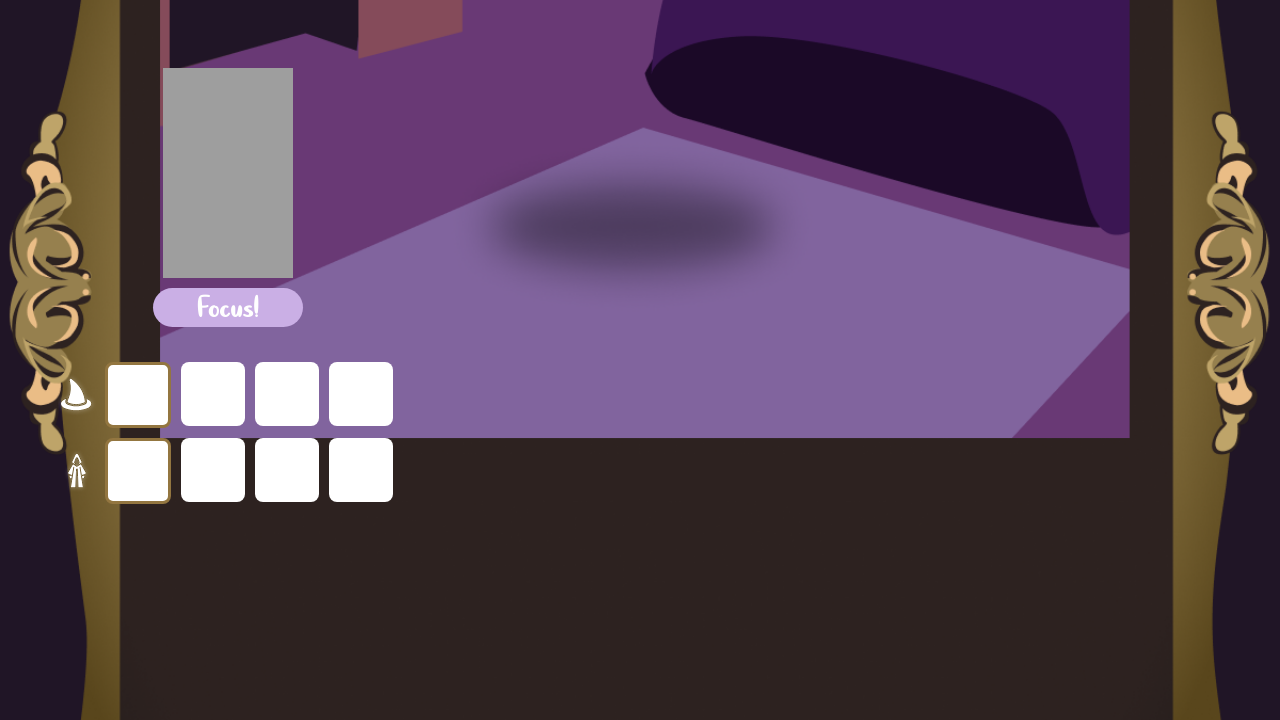
Repository: zhangolivia7/Little-Witch-Alcove
Page: popup.html
These files come from the project's save history. The page is drawn as it stood at one moment and after the next save; the edit follows.
The browser window is 1280 px wide. The pictures show the whole page.
Pictures or frames that could not be fetched are drawn as grey boxes.

Above is the page before, as saved 2025-11-15 17:02:48.

After the next save:
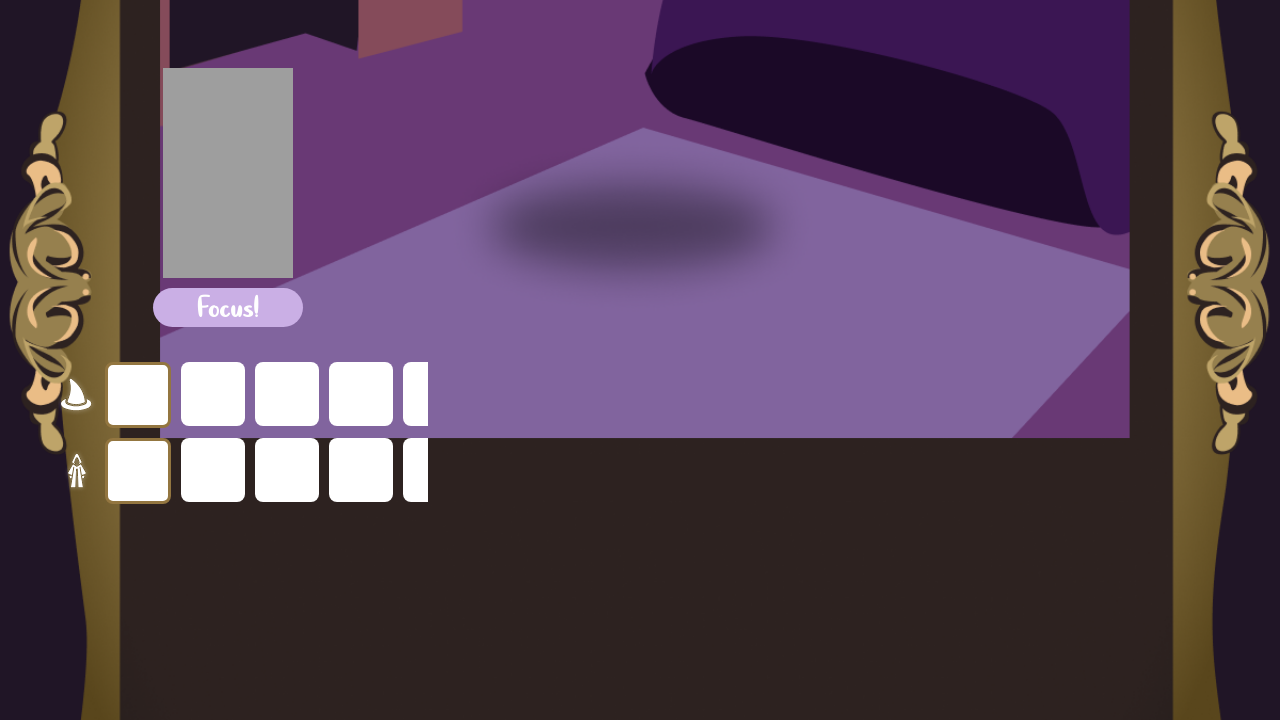
Saved 48 s later.
--- a/popup.html
+++ b/popup.html
@@ -18,12 +18,14 @@
                 <div class="item-slot"></div>
                 <div class="item-slot"></div>
                 <div class="item-slot"></div>
+                <div class="item-slot"></div>
             </div>
         </div>
         <div class="category-row">
             <img src="Assets/Icons/Robe Category.svg" alt="Robe" class="category-icon">
             <div class="items-scroll">
                 <div class="item-slot selected"></div>
+                <div class="item-slot"></div>
                 <div class="item-slot"></div>
                 <div class="item-slot"></div>
                 <div class="item-slot"></div>
